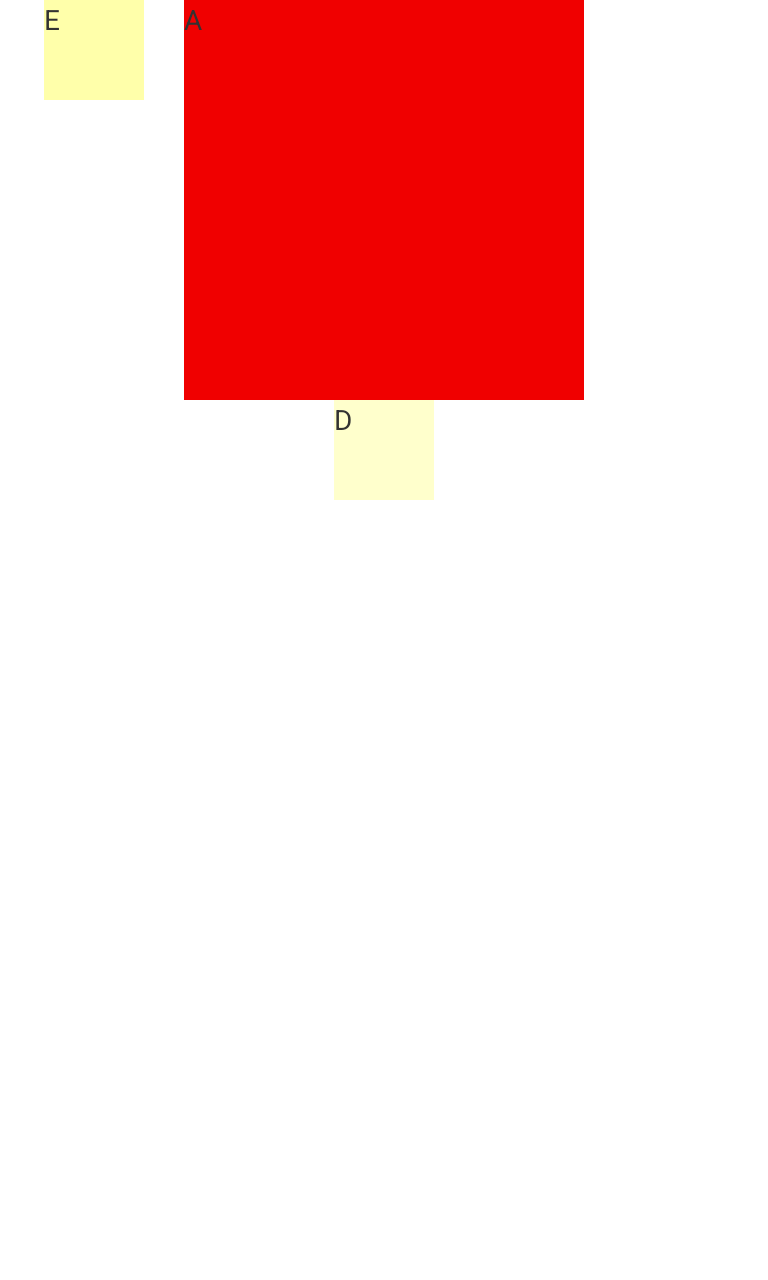
Repository: ablanchard/formation-android
Layout: Bonus/res/layout/fragment_main.xml
The author's editor kept a copy of each file at every save. The layout is drawn from the files as they stood at one save, then again after the next save.
It is drawn on a 768 x 1280 px phone screen (xhdpi) without system bars, with theme AppTheme; the app's code is not run.

Above is the layout before, as saved 2014-04-29 09:50:02.

After the next save:
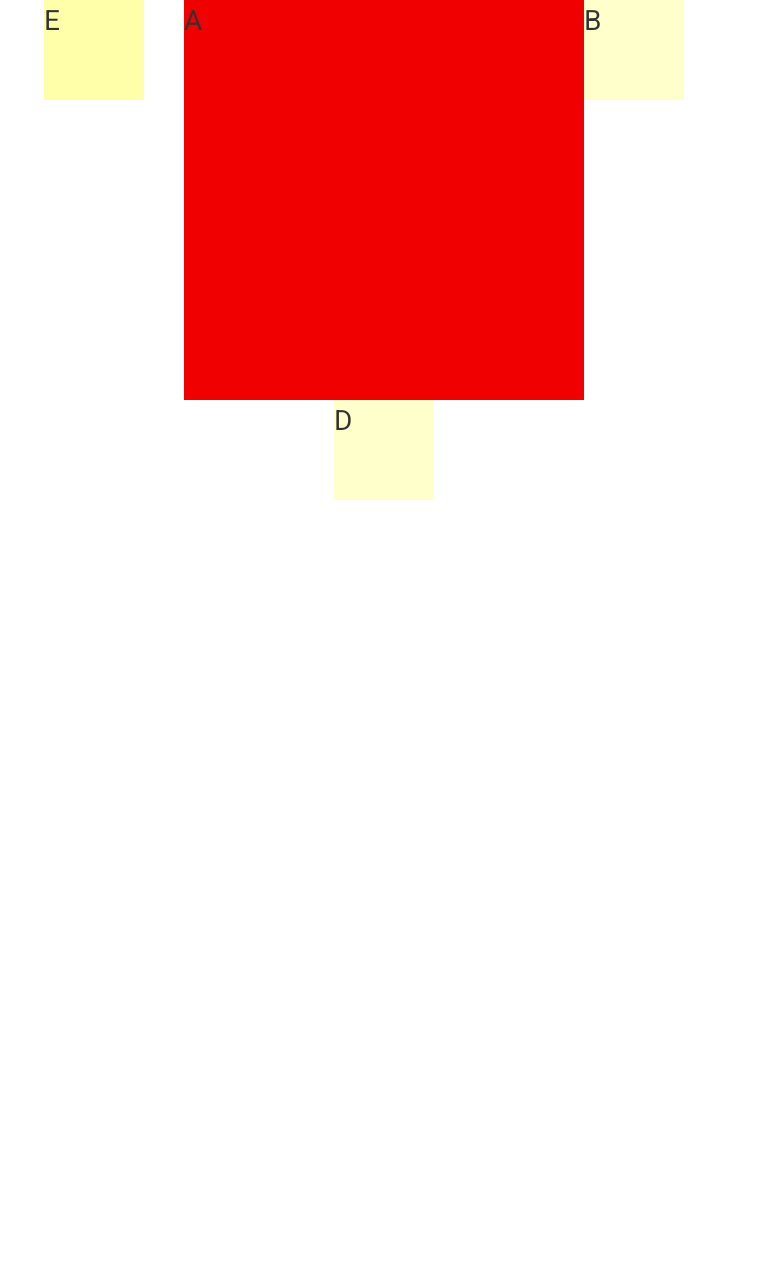
Saved 58 s later.
--- a/Bonus/res/layout/fragment_main.xml
+++ b/Bonus/res/layout/fragment_main.xml
@@ -32,5 +32,14 @@
         android:background="#FFFFFFCC"
         android:layout_centerHorizontal="true"
         android:layout_below="@+id/A"/>
+     <TextView
+        android:layout_width="50dp"
+        android:layout_height="50dp"
+        android:text="B"
+        android:id="@+id/B"
+        android:background="#FFFFFFCC"
+        android:layout_toRightOf="@+id/A"
+        android:layout_alignBaseline="@+id/A"/>
+
 
 </RelativeLayout>
